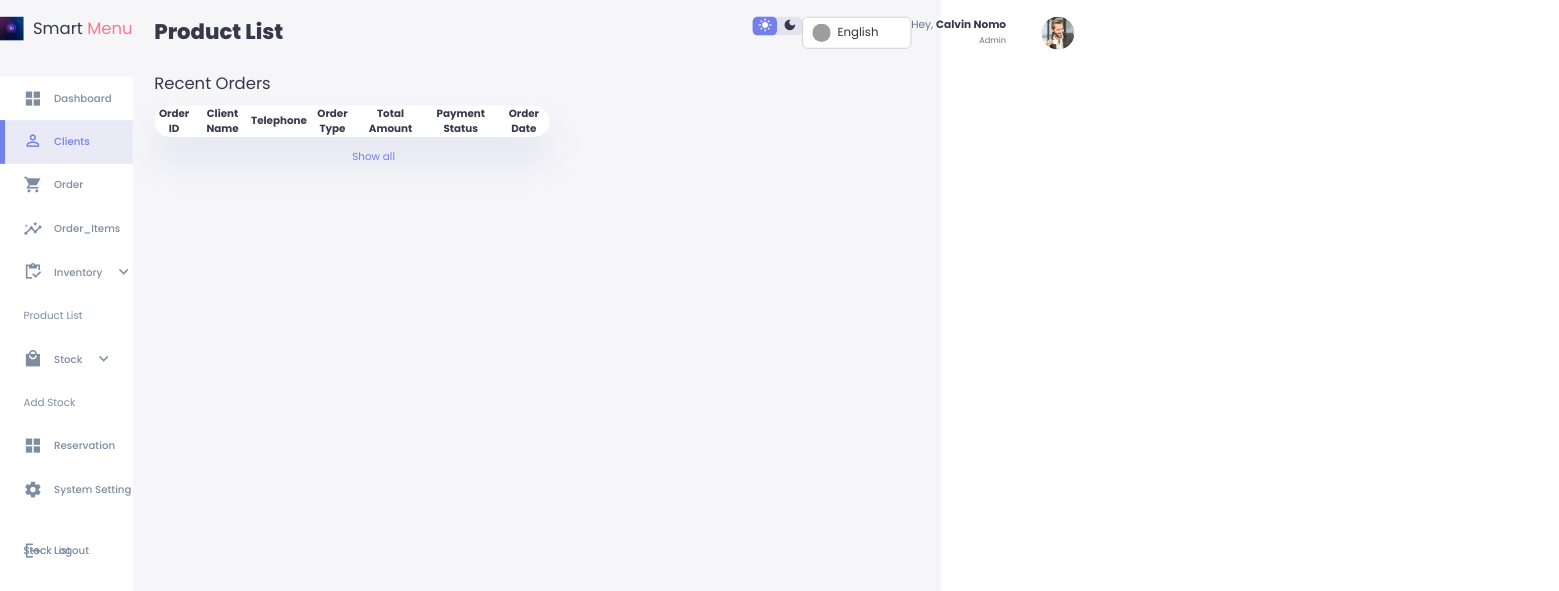
Repository: Calvin-Nomo/Hash-code
Page: product_list.html
An editor plug-in stored every save of this project. The page is shown before and after the next save, followed by the edit.
The browser window is 1280 px wide. The page is 1856 px wide, so the pictures cover 1856 px, including what lies to the right of the window. The pictures show the whole page, at 84% of full size.
Pictures or frames that could not be fetched are drawn as grey boxes. The page's requests for data from a server got no answer.

Above is the page before, as saved 2025-10-09 09:26:22.

### product_list.html
<!DOCTYPE html>
<html lang="en">
<head>
    <meta charset="UTF-8">
    <meta name="viewport" content="width=device-width, initial-scale=1.0">
    <title>Document</title>
    <link
      href="https://fonts.googleapis.com/icon?family=Material+Icons+Sharp"
      rel="stylesheet"
    />
    <link rel="preconnect" href="https://fonts.googleapis.com" />
    <link rel="preconnect" href="https://fonts.gstatic.com" crossorigin />
    <link
      href="https://fonts.googleapis.com/css2?family=Outfit:wght@100..900&family=Poppins:ital,wght@0,100;0,200;0,300;0,400;0,500;0,600;0,700;0,800;0,900;1,100;1,200;1,300;1,400;1,500;1,600;1,700;1,800;1,900&display=swap"
      rel="stylesheet"
    />
    <link
      href="https://cdn.jsdelivr.net/npm/daisyui@5/themes.css"
      rel="stylesheet"
      type="text/css"
    />
    <link rel="stylesheet" href="css/index.css" />
    <link href="image/image1.jpg" rel="icon" />
</head>
<body>
    <div class="container">
      <!-- ################SIDE BAR #################-->
      <aside>
        <div class="top">
          <div class="logo">
            <img src="image/image1.jpg" alt="logo" />
            <h2>Smart <span class="danger">Menu</span></h2>
          </div>
          <div class="close" id="close-btn">
            <span class="material-icons-sharp"> close </span>
          </div>
        </div>

        <div class="sidebar">
          <a href="#">
            <span class="material-icons-sharp"> grid_view </span>
            <h3>Dashboard</h3>
          </a>

          <a href="#" class="active">
            <span class="material-icons-sharp"> person_outline </span>
            <h3>Clients</h3>
          </a>

          <a href="#">
            <span class="material-icons-sharp"> shopping_cart </span>
            <h3>Order</h3>
          </a>

          <a href="#">
            <span class="material-icons-sharp"> insights </span>
            <h3>Order_Items</h3>
          </a>

          <!-- Dropdown for Product -->
          <div class="dropdown">
            <a href="#" class="dropdown-toggle">
              <span class="material-icons-sharp"> inventory </span>
              <h3>Inventory</h3>
              <span class="material-icons-sharp arrow">expand_more</span>
            </a>
            <div class="dropdown-menu">
              <a href="product_list.html">Product List</a>
              <a href="#">Stock</a>
            </div>
          </div>

          <!-- Dropdown for Stock -->
          <div class="dropdown">
            <a href="#" class="dropdown-toggle">
              <span class="material-icons-sharp"> local_mall </span>
              <h3>Stock</h3>
              <span class="material-icons-sharp arrow">expand_more</span>
            </a>
            <div class="dropdown-menu">
              <a href="#">Add Stock</a>
              <a href="#">Stock List</a>
            </div>
          </div>

          <a href="#">
            <span class="material-icons-sharp"> grid_view </span>
            <h3>Reservation</h3>
          </a>

          <a href="#">
            <span class="material-icons-sharp"> settings </span>
            <h3>System Setting</h3>
          </a>

          <a href="#">
            <span class="material-icons-sharp"> logout </span>
            <h3>Logout</h3>
          </a>
        </div>
      </aside>

      <!-- ################END OF SIDE BAR #################-->
      <main>
        <h1>Product List</h1>
        <div class="insight">
          <!-- END OF INCOME -->
        </div>
        <!-- END OF INSIGHT -->
        <div class="recent-orders">
          <h2>Recent Orders</h2>
          <table id="order-table">
            <thead>
              <tr>
                <th>Order ID</th>
                <th>Client Name</th>
                <th>Telephone</th>
                <th>Order Type</th>
                <th>Total Amount</th>
                <th>Payment Status</th>
                <th>Order Date</th>
              </tr>
            </thead>
            <tbody>
              <!--  data will be filled here! -->
            </tbody>
          </table>
          <a href="#">Show all</a>
        </div>
      </main>
      <!-- End of the Recent Orders -->
      <div class="right">
        <div class="top">
          <button id="menu-btn">
            <span class="material-icons-sharp">menu </span>
          </button>
          <div class="theme-toggler">
            <span class="material-icons-sharp active">light_mode</span>
            <span class="material-icons-sharp">dark_mode</span>
          </div>
          <div class="lang-menu">
            <div class="selected-language">
              <img src="https://flagsapi.com/US/flat/32.png" alt="" />
              English
              <i class="arrow down"></i>
            </div>

            <ul class="lang-options">
              <li>
                <a
                  href="#"
                  class="en"
                  data-flag="https://flagsapi.com/US/flat/32.png"
                  >English</a
                >
              </li>
              <li>
                <a
                  href="#"
                  class="fr"
                  data-flag="https://flagsapi.com/FR/flat/32.png"
                  >French</a
                >
              </li>
              <li>
                <a
                  href="#"
                  class="cn"
                  data-flag="https://flagsapi.com/CN/flat/32.png"
                  >Chinese</a
                >
              </li>
              <li>
                <a
                  href="#"
                  class="jp"
                  data-flag="https://flagsapi.com/JP/flat/32.png"
                  >Japanese</a
                >
              </li>
            </ul>
          </div>

          <div class="profile">
            <div class="info">
              <p>Hey, <b>Calvin Nomo</b></p>
              <small class="text-muted">Admin</small>
            </div>
            <div class="profile-photo">
              <img src="image/person_1.jpg" alt="" />
            </div>
          </div>
        </div>
      </div>
      <!-- \\\\\\\\\\\\\\\END OF MAIN\\\\\\\\\\\\\\\\\\\\\\\ -->
    </div>
  </body>
  <script src="js/index.js"></script>

  <script src="https://cdn.jsdelivr.net/npm/@tailwindcss/browser@4"></script>

</body>
</html>

### css/index.css
@import url("https://fonts.googleapis.com/css2?family=Outfit:wght@100..900&family=Poppins:ital,wght@0,100;0,200;0,300;0,400;0,500;0,600;0,700;0,800;0,900;1,100;1,200;1,300;1,400;1,500;1,600;1,700;1,800;1,900&display=swap");
:root {
  --color-primary: #7380ec;
  --color-white: #fff;
  --color-black: #000000;

  --color-light: rgba(132, 139, 200, 0.18);

  --color-dark: #363949;

  --color-dark-variant: #677483;

  --color-info-dark: #7d8da1;

  --color-primary-variant: #111e88;

  --color-info-light: #dce1eb;

  --color-danger: #ff7782;

  --color-success: #41f1b6;

  --color-warning: #ffbb55;

  --color-background: #f6f6f9;

  --font-family-primary: "Poppins", sans-serif;
  --card-border-radius: 2rem;
  --border-radius-1: 0.4rem;
  --border-radius-2: 0.8rem;
  --border-radius-3: 1.2rem;
  --card-padding: 1.8rem;
  --padding-1: 1.2rem;
  --box-shadow: 0 2rem 3rem var(--color-light);
}
.dark-theme-variables {
  /* the  --color-dark-variant manages the 81%,62% background etc... */
  --color-dark-variant: #a3bdcc;
  /*  manages the main background */
  --color-background: #181a1e;
  /*  manages the nabvar,the grid-template-columns */
  --color-white: #202528;
  /* manages the h1,h2,th background etc... */
  --color-dark: #edeffd;

  --color-light: rgba(0, 0, 0, 0.4);
  /* --color-light: #fa3434; */
  /* the  --color-light manages the --box-shadow  of the grid template column,the sidebar,aside,table etc.... */
  --box-shadow: 0 2rem 3rem var(--color-light);
}
* {
  margin: 0;
  padding: 0;
  outline: 0;
  appearance: none;
  border: 0;
  text-decoration: none;
  list-style: none;
  box-sizing: border-box;
}
html {
  font-size: 14px;
}
.container {
  display: flex;
  width: 100%;
  margin: 0, auto;
  gap: 1.8rem;
  grid-template-columns: 14rem auto 23rem;
  background: var(--color-background);
}
body {
  width: 100vw;
  height: 100vh;
  font-family: poppins, sans-serif;
  font-size: 0.88rem;
  user-select: none;
  overflow-x: hidden;
  color: var(--color-dark);
}
a {
  color: var(--color-dark);
}

img {
  display: block;
  width: 100%;
}
h1 {
  font-weight: 800;
  font-size: 1.8rem;
}
h2 {
  font-size: 1.4rem;
}
h3 {
  font-size: 0.87rem;
}
h4 {
  font-size: 0.8rem;
}
h4 {
  font-size: 0.77rem;
}
small {
  font-size: 0.76rem;
}
.profile-photo {
  width: 2.8rem;
  height: 2.8rem;
  border-radius: 50%;
  overflow: hidden;
}
.text-muted {
  color: var(--color-info-dark);
}
p {
  color: var(--color-dark-variant);
}
b {
  color: var(--color-dark);
}
.primary {
  color: var(--color-primary);
}
.danger {
  color: var(--color-danger);
}
.success {
  color: var(--color-success);
}
.waring {
  color: var(--color-warning);
}
aside {
  height: 100vh;
}
aside .top {
  display: flex;
  align-items: center;
  justify-content: space-between;
  margin-top: 1.4rem;
}
aside .logo {
  display: flex;
  gap: 0.8rem;
}
aside .close {
  display: none;
}
aside .logo img {
  width: 2rem;
  height: 2rem;
}
/* #########################################SIDE BAR ################################*/
aside .sidebar {
  background: var(--color-white);
  display: flex;
  flex-direction: column;
  height: 86vh;
  position: relative;
  top: 3rem;
}
aside h3 {
  font-weight: 500;
}
aside .sidebar a {
  display: flex;
  color: var(--color-info-dark);
  margin-left: 2rem;
  gap: 1rem;
  align-items: center;
  position: relative;
  height: 3.7rem;
  transition: all 300ms ease;
}
aside .sidebar a span {
  font-size: 1.6rem;
}
/* for the login */
aside .sidebar a:last-child {
  position: absolute;
  bottom: 2rem;
  width: 100%;
}
/* fin */
aside .sidebar a.active {
  background: var(--color-light);
  color: var(--color-primary);
  margin-left: 0;
}

aside .sidebar a.active::before {
  content: "";
  width: 6px;
  height: 100%;
  background: var(--color-primary);
}
aside .sidebar a.active span {
  color: var(--color-primary);
  margin-left: calc(1rem - 6px);
}
aside .sidebar :hover {
  background: var(--color-light);
  color: var(--color-primary);
  margin-left: 0;
  cursor: pointer;
}

/* ====================MAIN============= */
main {
  margin-top: 1.4rem;
}
main .insight {
  display: grid;
  grid-template-columns: repeat(3, 1fr);
  gap: 1.6rem;
}
main .insight > div {
  background: var(--color-white);
  padding: var(--card-padding);
  border-radius: var(--card-border-radius);
  box-shadow: var(--box-shadow);
  margin-top: 1rem;
  transition: all 300ms ease;
}
main .insight > div:hover {
  box-shadow: none;
}
main .insight > div span {
  background: var(--color-primary);
  padding: 0.5rem;
  border-radius: 50%;
  color: var(--color-white);
  font-size: 2rem;
}
main .insight > div.expenses span {
  background: var(--color-danger);
}
main .insight > div.income span {
  background: var(--color-success);
}
main .insight > div .middle {
  display: flex;
  align-items: center;
  justify-content: space-between;
}
main .insight h3 {
  margin: 1rem 0 0.6rem;
  font-size: 1rem;
}
main .insight .progress {
  position: relative;
  width: 92px;
  height: 92px;
  border-radius: 50%;
}
main .insight svg {
  width: 7rem;
  height: 7rem;
}
main .insight svg circle {
  fill: none;
  stroke: var(--color-primary);
  stroke-width: 14;
  stroke-linecap: round;
  transform: translate(5px, 5px);
  stroke-dasharray: 110;
  stroke-dashoffset: 92;
}
main .insight .expenses svg circle {
  stroke-dashoffset: -30;
  stroke-dasharray: 200;
}
main .insight .sales svg circle {
  stroke-dashoffset: 20;
  stroke-dasharray: 800;
}
main .insight .income svg circle {
  stroke-dashoffset: 35;
  stroke-dasharray: 110;
}
main .insight .progress .number {
  position: absolute;
  top: 50%;
  left: 50%;
  transform: translate(-50%, -50%);
  font-size: 1.4rem;
  font-weight: 600;
  color: var(--color-dark);
}
main .insight small {
  margin-top: 1.3rem;
  display: block;
}
/* ============Recent Order================= */
main .recent-orders {
  margin-top: 2rem;
}
main .recent-orders h2 {
  margin-bottom: 0.8rem;
}

main .recent-orders table {
  background: var(--color-white);
  width: 90%;
  border-radius: var(--card-border-radius);
  padding: var(--card-padding);
  text-align: center;
  box-shadow: var(--box-shadow);
  transition: all 300ms ease;
}
main .recent-orders table:hover {
  box-shadow: none;
}
main table tbody td {
  height: 2.8rem;
  border-bottom: 1px solid var(--color-light);
  color: var(--color-dark-variant);
}
main table tbody tr:last-child td {
  border: none;
}
main .recent-orders a {
  text-align: center;
  display: block;
  margin: 1rem auto;
  color: var(--color-primary);
}

/* Right */

/* a USER Profile */

.right {
  margin-top: 1.4rem;
  position: absolute;
  top: 0;
  left: 70%;
}
.right .top {
width: 960px;
margin: 0 auto ;
display: flex;
}
.right .top button {
  display: none;
}
.right .theme-toggler {
  background: var(--color-light);
  display: flex;
  justify-content: space-between;
  align-items: center;
  height: 1.6rem;
  width: 4.2rem;
  cursor: pointer;
  border-radius: var(--border-radius-1);
}
.right .theme-toggler span {
  font-size: 1.2rem;
  width: 50%;
  height: 100%;
  display: flex;
  align-items: center;
  justify-content: center;
}
.right .theme-toggler span.active {
  background: var(--color-primary);
  color: white;
  border-radius: var(--border-radius-1);
}
.right .top .profile {
  display: flex;
  gap: 2rem;
  text-align: right;
}
/* Start  */
.right .lang-menu {
  position: relative;
  display: inline-block;
  font-family: "Poppins", sans-serif;
  font-size: 14px;
  color: #333;
}

 .right .selected-language {
  background: #fff;
  border: 1px solid #ccc;
  border-radius: 6px;
  padding: 0.5rem 0.8rem;
  display: flex;
  align-items: center;
  gap: 8px;
  cursor: pointer;
  min-width: 130px;
}

.right .selected-language img {
  width: 22px;
  height: 22px;
  border-radius: 50%;
}

.right .lang-options {
  position: absolute;
  top: 120%;
  right: 0;
  background: #fff;
  border: 1px solid #ccc;
  border-radius: 6px;
  list-style: none;
  padding: 0.3rem 0;
  margin: 0;
  display: none;
  box-shadow: 0 4px 10px rgba(0, 0, 0, 0.1);
}

 .right .lang-menu.active .lang-options {
  display: block;
}

.right .lang-options li {
  padding: 0.4rem 1rem;
}

.right .lang-options li a {
  display: flex;
  align-items: center;
  gap: 8px;
  color: #333;
  text-decoration: none;
  font-weight: 500;
}

/* Flag icons using background images */
 .right .lang-options li a:before {
  content: "";
  display: inline-block;
  width: 22px;
  height: 22px;
  background-size: cover;
  border-radius: 50%;
}

.right .lang-options li a.en:before {
  background-image: url("https://flagsapi.com/US/flat/32.png");
}

.right .lang-options li a.fr:before {
  background-image: url("https://flagsapi.com/FR/flat/32.png");
}

.lang-options li a.cn:before {
  background-image: url("https://flagsapi.com/CN/flat/32.png");
}

.lang-options li a.jp:before {
  background-image: url("https://flagsapi.com/JP/flat/32.png");
}

.lang-options li:hover {
  background: #f5f5f5;
}

/* End Select Language */

/* User Profile */
.right .profile .info {
  margin-right: 1rem;
}
.right .profile .info p {
  font-size: 0.9rem;
}
.right .profile .info small {
  font-size: 0.7rem;
}
.right .profile .info b {
  font-size: 0.9rem;
}
.right .profile .info p,
.right .profile .info small {
  color: var(--color-dark-variant);
}
.right .profile .info b {
  color: var(--color-dark);
}
/*  Fin User Profile */

/* END OF MAIN */

/* Responsive Screen Panel */


/* MEDIA QUERIES 1  (Big and Small Laptops)*/
@media screen and (max-width: 1200px) {
  .container {
    width: 100%;
    grid-template-columns: 7rem auto 23rem;
  }
  aside .logo h2 {
    display: none;
  }
  aside .sidebar h3 {
    display: none;
  }
  aside .sidebar a {
    width: 5.6rem;
  }
  aside .sidebar a:last-child {
    position: relative;
    margin-top: 1.8rem;
  }
  main .insight {
    grid-template-columns: 1fr;
    gap: 0;
  }
  main .recent-orders {
    width: 100%;
    position: absolute;
    left: 50%;
    transform: translateX(-50%);
    margin: 2rem 0 0 8.8rem;
  }
  main .recent-orders table {
    width: 84%;
  }
  main table thead tr th:last-child,
  main table thead tr th:first-child {
    display: none;
  }
  main table body tr td:last-child,
  main table body tr td:first-child {
    display: none;
  }
}
/* MEDIA QUERIES 2  (Smaller Tablets and Phone)*/
@media screen and (max-width: 768px) {
  .container {
    width: 100%;
    grid-template-columns: 1fr;
  }

  aside {
    position: fixed;
    left: -100%;
    background: var(--color-white);
    width: 18rem;
    z-index: 3;
    box-shadow: 1rem 3rem 4rem var(--color-light);
    height: 100vh;
    padding-right: var(--card-padding);
    display: none;
    animation: showMenu 400ms ease forwards;
  }
  @keyframes showMenu {
    to {
      left: 0;
    }
  }
  aside .logo {
    margin-left: 1rem;
  }

  aside .logo h2 {
    display: inline;
  }

  aside .sidebar h3 {
    display: inline;
  }

  aside .sidebar a {
    width: 100%;
    height: 3.4rem;
  }

  aside .sidebar a:last-child {
    position: absolute;
    bottom: 5rem;
  }
  aside .close {
    display: inline-block;
    cursor: pointer;
  }
  main {
    margin-top: 8rem;
    padding: 0 1rem;
  }
  main .recent-orders {
    position: relative;
    margin: 3rem 0 0 0;
    margin: 0;
  }
  main .recent-orders table {
    width: 100%;
    margin: 0;
  }
  main .right {
    width: 94%;
    margin: 0 auto 4rem;
  }
  main .right .top {
    position: fixed;
    top: 0;
    left: 0;
    align-items: center;
    padding: 0 0.8rem;
    height: 4.6rem;
    background: var(--color-white);
    width: 100%;
    margin: 0;
    z-index: 2;
    box-shadow: 0 1rem 1rem var(--color-light);
  }
  main .right .top .theme-toggler {
    width: 4.4rem;
    position: absolute;
    left: 66%;
  }
  main .right .profile .info {
    display: none;
  }
  main .right .top button {
    display: inline-block;
    background: transparent;
    cursor: pointer;
    color: var(--color-dark);
    position: absolute;
    left: 1rem;
  }
  main .right .top button span {
    font-size: 2rem;
  }
}

### js/index.js
let sideMenu = document.querySelector("aside");
let Theme_Change = document.querySelector(".theme-toggler");
let openBtn = document.getElementById("menu-btn");
let closeBtn = document.getElementById("close-btn");

// Hide and Show the Side bar
openBtn.addEventListener("click", () => {
  sideMenu.style.display = "block";
});
closeBtn.addEventListener("click", () => {
  sideMenu.style.display = "none";
});

Theme_Change.addEventListener("click", () => {
  document.body.classList.toggle("dark-theme-variables");
  Theme_Change.querySelector("span:nth-child(1)").classList.toggle("activate");
  Theme_Change.querySelector("span:nth-child(2)").classList.toggle("activate");
});

document.addEventListener("DOMContentLoaded", function () {
  const langMenu = document.querySelector(".lang-menu");
  const selected = langMenu.querySelector(".selected-language");
  const options = langMenu.querySelectorAll(".lang-options a");

  // Toggle dropdown
  selected.addEventListener("click", () => {
    langMenu.classList.toggle("active");
  });

  // Change selected language with flag
  options.forEach(option => {
    option.addEventListener("click", (e) => {
      e.preventDefault();
      const flagUrl = option.getAttribute("data-flag");
      const langText = option.textContent.trim();

      // Update selected language display
      selected.innerHTML = `<img src="${flagUrl}" alt=""> ${langText} <i class="arrow down"></i>`;
      langMenu.classList.remove("active");
    });
  });

  // Close dropdown if clicking outside
  window.addEventListener("click", (e) => {
    if (!langMenu.contains(e.target)) {
      langMenu.classList.remove("active");
    }
  });
});
// Fetch and display orders from the backend

   fetch("http://localhost:5000/api/orders")  // Replace with your API endpoint
    .then(res => res.json())
    .then(data => {
      const tbody = document.querySelector("#order-table tbody");// Replace with your API endpoint
      tbody.innerHTML = ""; // clear any existing rows

      data.forEach(order => {
        const row = document.createElement("tr");
        row.innerHTML = `
          <td>''${order.Order_ID}</td>
          <td>${order.Client_Name}</td>
          <td>${order.No_Telephone}</td>
          <td>${order.Order_Type}</td>
          <td>${order.Total_Amount}</td>
          <td>${order.Payment_Status}</td>
          <td>${new Date(order.Order_Date).toLocaleDateString()}</td>
        `;
        tbody.appendChild(row);
      });
    })
    .catch(err => console.error("Error fetching orders:", err));

### css/product.css
.product-toolbar {
  display: flex;
  justify-content: space-between;
  align-items: center;
  margin: 15px 0;
  padding: 10px;
  background: #f8f9fa;
  border-radius: 8px;
  box-shadow: 0 2px 5px rgba(0, 0, 0, 0.1);
}

.search-filter {
  display: flex;
  gap: 10px;
  width: 100%;
  justify-content: flex-start;
}

.search-filter input,
.search-filter select {
  padding: 8px 12px;
  border-radius: 6px;
  border: 1px solid #ccc;
  font-size: 14px;
  outline: none;
}

.search-filter input:focus,
.search-filter select:focus {
  border-color: #007bff;
  box-shadow: 0 0 5px rgba(0, 123, 255, 0.3);
}
.add_product {
  background-color: #28a745;
  color: white;
  border: none;
  padding: 10px 20px;
  border-radius: 5px;
  cursor: pointer;
  font-size: 16px;
}
.add_product:hover {
  background-color: #218838;
}
.add_product button {
  background-color: #28a745;
  color: white;
  border: none;
  padding: 10px 20px;
  border-radius: 5px;
  cursor: pointer;
  font-size: 16px;
}

After the next save:
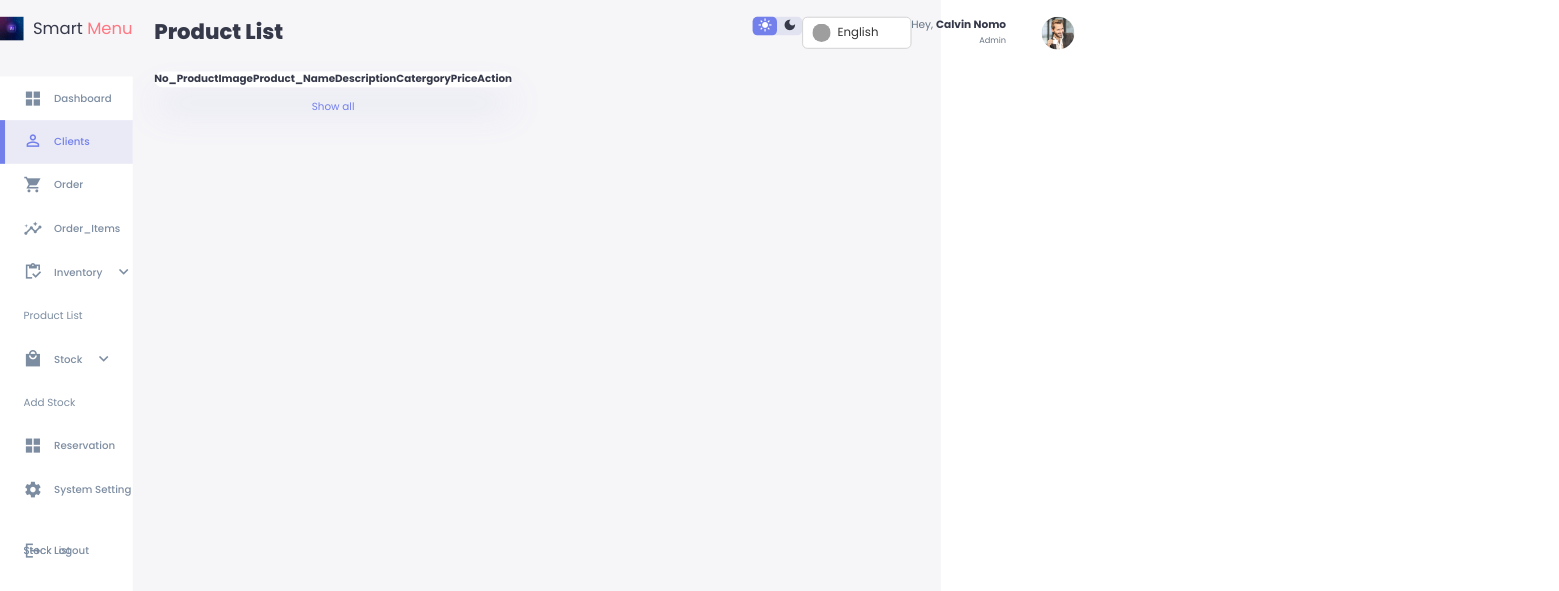
Saved 76 min 34 s later.
--- a/product_list.html
+++ b/product_list.html
@@ -20,6 +20,7 @@
       type="text/css"
     />
     <link rel="stylesheet" href="css/index.css" />
+        <link rel="stylesheet" href="css/product.css" />
     <link href="image/image1.jpg" rel="icon" />
 </head>
 <body>
@@ -107,18 +108,18 @@
           <!-- END OF INCOME -->
         </div>
         <!-- END OF INSIGHT -->
-        <div class="recent-orders">
-          <h2>Recent Orders</h2>
-          <table id="order-table">
+        <div class="recent-orders" id="product-section">
+          <!-- <h2>Recent Orders</h2> -->
+          <table id="product-table">
             <thead>
               <tr>
-                <th>Order ID</th>
-                <th>Client Name</th>
-                <th>Telephone</th>
-                <th>Order Type</th>
-                <th>Total Amount</th>
-                <th>Payment Status</th>
-                <th>Order Date</th>
+                <th>No_Product</th>
+                <th>Image</th>
+                <th>Product_Name</th>
+                <th>Description</th>
+                <th>Catergory</th>
+                <th>Price</th>
+                <th>Action</th>
               </tr>
             </thead>
             <tbody>
